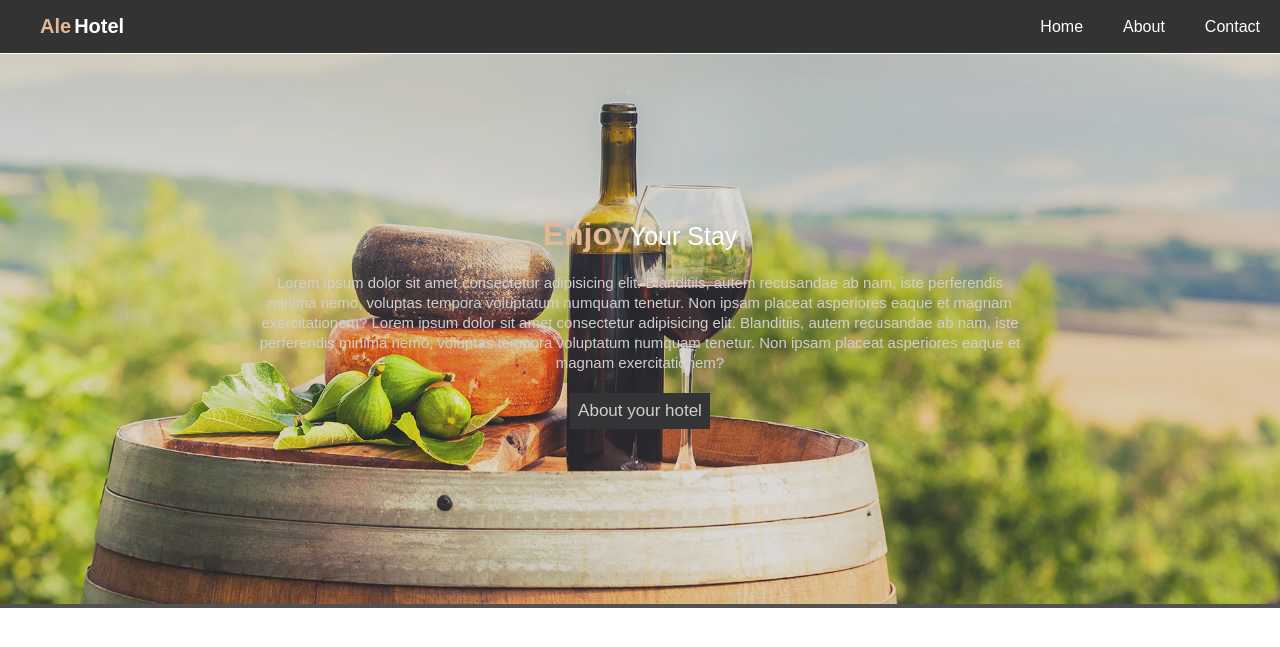
Repository: Ngoc28/HTML-CSS
Page: aleHoltel/index.html
These files come from the project's save history. The page is drawn as it stood at one moment and after the next save; the edit follows.
The browser window is 1280 px wide. The pictures show the whole page.

Above is the page before, as saved 2023-08-05 23:51:01.

### aleHoltel/index.html
<!DOCTYPE html>
<html lang="en">
<head>
    <meta charset="UTF-8">
    <meta name="viewport" content="width=device-width, initial-scale=1.0">
    <title>Ale Hotel</title>
    <link rel="stylesheet" href="./style.css">
</head>
<body>
    <header>
        <div class="header-logo">
            <h1 class="heading">Ale<span>Hotel</span></h1>
        </div>
        <nav class="header-nav">
            <ul class="nav-link">
                <li class="nav-item"><a href="">Home</a></li>
                <li class="nav-item"><a href="">About</a></li>
                <li class="nav-item"><a href="">Contact</a></li>
            </ul>
        </nav>
    </header>
    <main>
        <div class="container">
            <div class="about">
                <div class="about-img">
                    <img src="./img/banner1.jpg" alt="About us" height="550px" width="100%">
                </div>
                <div class="about-introduce">
                    <h1 class="about-heading">Enjoy<span>Your Stay</span></h1>
                    <p class="about-text">
                        Lorem ipsum dolor sit amet consectetur adipisicing elit. Blanditiis, autem recusandae ab nam, iste perferendis minima nemo, voluptas tempora voluptatum numquam tenetur. Non ipsam placeat asperiores eaque et magnam exercitationem?
                        Lorem ipsum dolor sit amet consectetur adipisicing elit. Blanditiis, autem recusandae ab nam, iste perferendis minima nemo, voluptas tempora voluptatum numquam tenetur. Non ipsam placeat asperiores eaque et magnam exercitationem?
                    </p>
                    <button class="about-btn">About your hotel</button>
                </div>
            </div>
        </div>
    </main>
</body>
</html>

### aleHoltel/style.css
*{
    margin: 0;
    padding: 0;
    box-sizing: border-box;
}

body {
    font-family:Arial, Helvetica, sans-serif;
}

header {
    position: fixed;
    z-index: 100;
    width: 100%;
    display: flex;
    justify-content: space-between;
    align-items: center;
    background-color: #333333;
}

.header-logo {

}

.header-logo > .heading {
    padding: 15px 40px;
    font-size: 20px;
    color: #e5b895;
}

.heading span {
    color: #fff;
    padding-left: 3px;
}

.header-nav {
    display: block;
}

.nav-link {
    display: flex;
}

.nav-item {
    display: block;
}

.nav-item a {
    padding: 15px 20px;
    color: #fff;
    text-decoration: none;
    display: block;
}

.nav-item a:hover {
    background: #bd0a0a;
}

/* Container */
.container {

}

.about {

}

.about-img {
    position: relative;
    top: 54px;
    background: rgba(0, 0, 0, 0.679);
}

.about-img img {
    object-fit: cover;
    opacity: .8;
}


.about-introduce {
    position: absolute;
    top: 30%;
    left: 0;
    right: 0;
    margin: 0 auto;
    width: 60%;
    text-align: center;

}

.about-heading {
    color: #e5b895;
}

.about-heading span {
    color: #fff;
    font-size: 25px;
    font-weight: 500;
}

.about-text {
    padding: 20px 0;
    font-size: 15px;
    color: #d1cece;
    line-height: 20px;
}

.about-btn {
    background: #343436;
    color: #d1cece;
    padding: 8px;
    font-size: 17px;
    border: none;
    cursor: pointer;
}

.about-btn:hover {
    background-color: #1d1d1e;
    transition: ease .4;
}

After the next save:
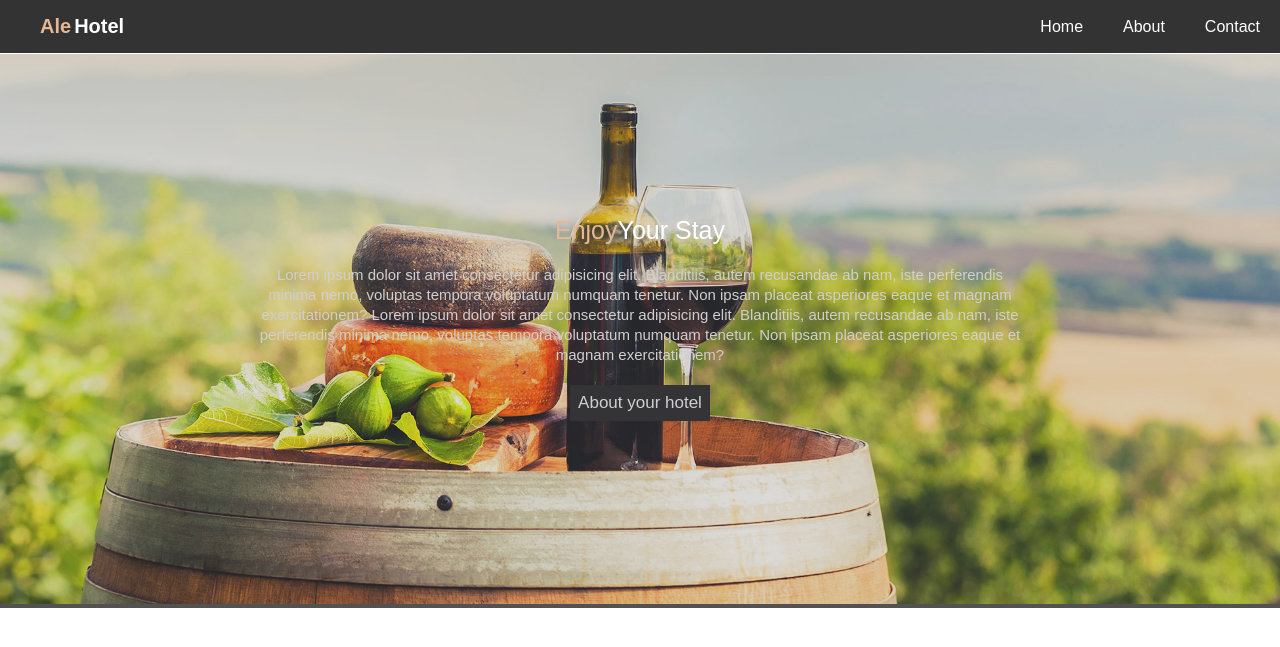
Saved 37 s later.
--- a/aleHoltel/style.css
+++ b/aleHoltel/style.css
@@ -90,12 +90,12 @@ header {
 
 .about-heading {
     color: #e5b895;
+    font-size: 25px;
+    font-weight: 500;
 }
 
 .about-heading span {
     color: #fff;
-    font-size: 25px;
-    font-weight: 500;
 }
 
 .about-text {
